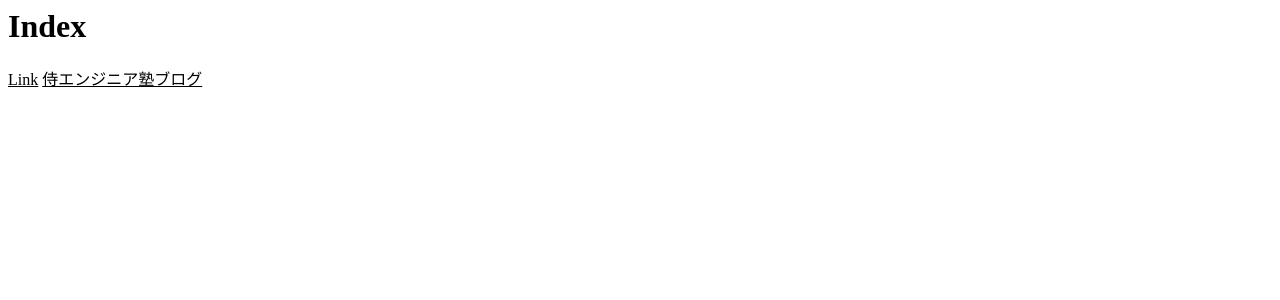
Repository: sachiko23/samurai_HTML-CSS
Page: link.html
The author's editor kept a record of every edit. The page is drawn from the files as they stood at one moment, then again after the next edit.
The browser window is 1280 px wide. The pictures show the whole page.

Above is the page before.

After the next edit:
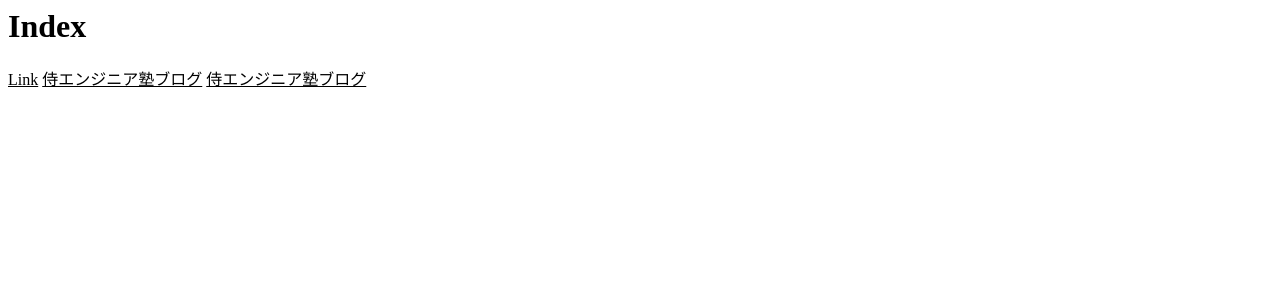
The edit:
--- a/link.html
+++ b/link.html
@@ -15,6 +15,7 @@
 </head>
     <h1>Index</h1>
     <a href="hoge.html">Link</a>
+    <a href="https://www.sejuku.net/blog/">侍エンジニア塾ブログ</a>
 </body>
 </html>
 <html lang="ja">

After the edit that followed:
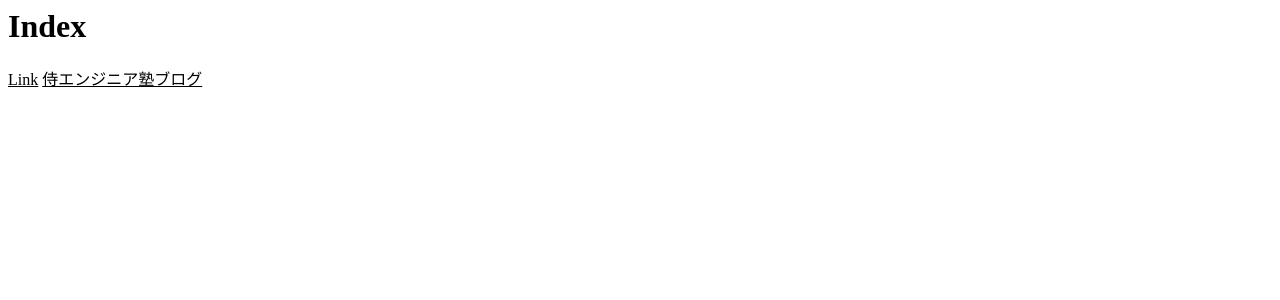
The edit:
--- a/link.html
+++ b/link.html
@@ -18,13 +18,3 @@
     <a href="https://www.sejuku.net/blog/">侍エンジニア塾ブログ</a>
 </body>
 </html>
-<html lang="ja">
-    <head>
-        <style>
-
-        </style>
-    </head>
-    <bpdy>
-        <a href="https://www.sejuku.net/blog/">侍エンジニア塾ブログ</a>
-    </bpdy>
-</html>
